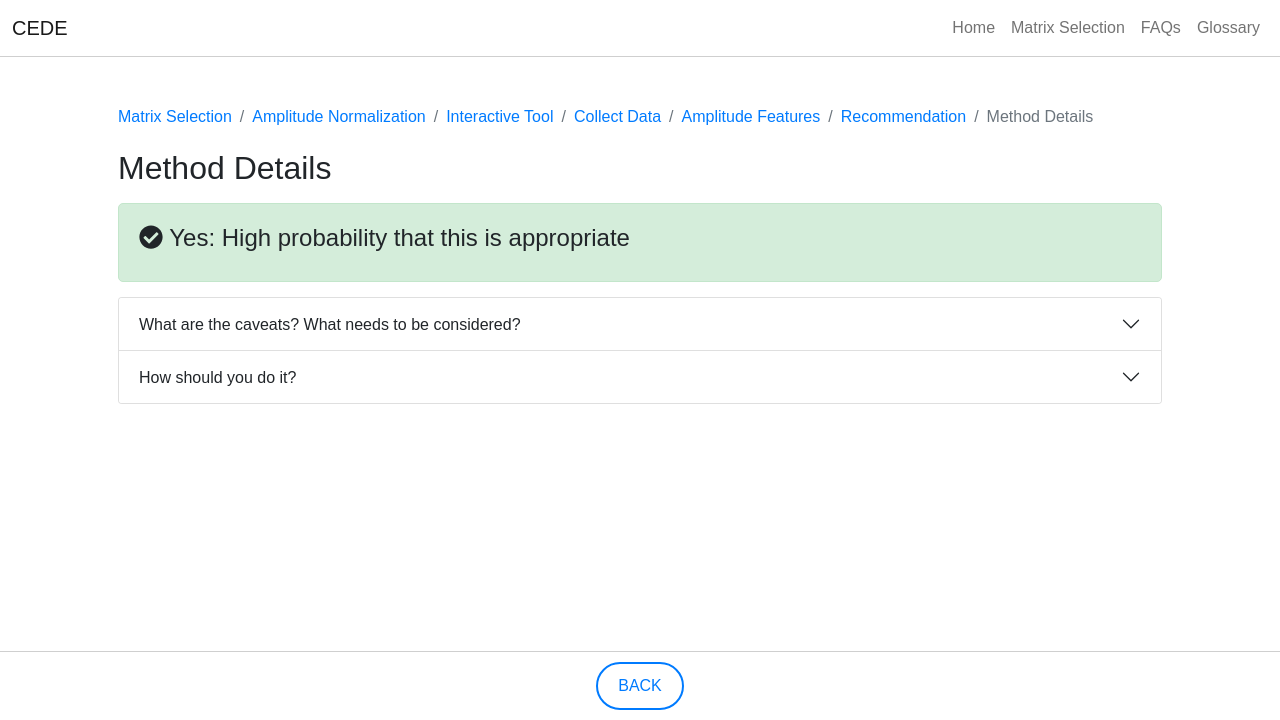
Repository: devashrisamani/CEDE-Website
Page: website/method.html
These files come from the project's save history. The page is drawn as it stood at one moment and after the next save; the edit follows.
The browser window is 1280 px wide. The pictures show the whole page.
Some web libraries are served in a nearby version.

Above is the page before, as saved 2024-09-11 13:37:20.

After the next save:
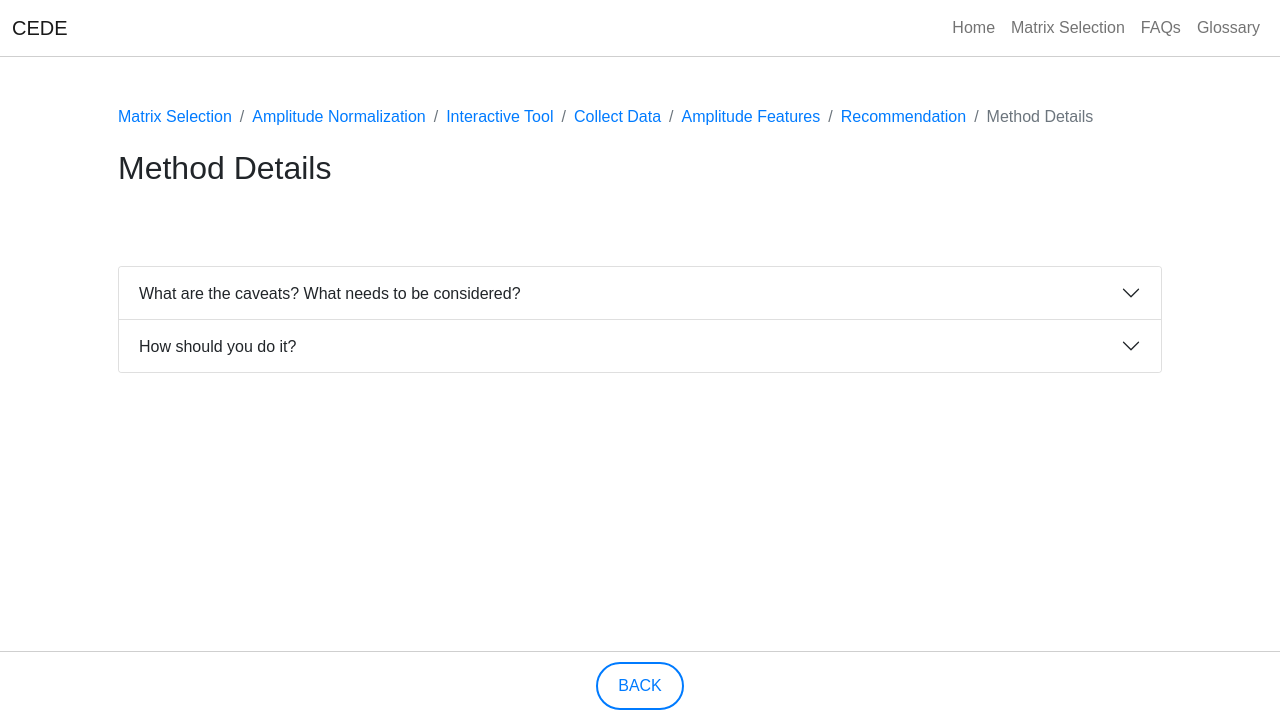
Saved 8 min 30 s later.
--- a/website/method.html
+++ b/website/method.html
@@ -31,6 +31,16 @@
       .high-probability {
         background-color: #d4edda;
         border: 1px solid #c3e6cb;
+      }
+
+      .caution {
+        background-color: #fff3cd;
+        border: 1px solid #ffeeba;
+      }
+
+      .low-probability {
+        background-color: #f8d7da;
+        border: 1px solid #f5c6cb;
       }
 
       .btn-container-wrapper {
@@ -142,10 +152,9 @@
           <!-- Dynamic Title will be inserted here -->
         </p>
 
-        <div class="recommendation-section high-probability">
-          <h4>
-            <i class="fa fa-check-circle" aria-hidden="true"></i> Yes: High
-            probability that this is appropriate
+        <div id="recommendation-section" class="recommendation-section">
+          <h4 id="recommendation-heading">
+            <!-- Recommendation title will be inserted here -->
           </h4>
           <div id="why-good-choice">
             <!-- Dynamic content for 'Why is this method a good choice?' will be inserted here -->
@@ -213,41 +222,67 @@
         </div>
       </div>
     </div>
+
     <script>
-      // Script to dynamically load method details on the methods.html page
-
       document.addEventListener("DOMContentLoaded", function () {
         const selectedMethod = JSON.parse(
           localStorage.getItem("selectedMethod")
         );
 
         if (selectedMethod) {
-          // Dynamically insert the method details
+          // Dynamically insert the method title
           document.getElementById("method-title").innerText =
             selectedMethod.title;
 
+          // Update the recommendation section based on the probability type
+          let recommendationClass = "high-probability"; // default class
+          let recommendationText =
+            "Yes: High probability that this is appropriate";
+
+          if (selectedMethod.probability === "caution") {
+            recommendationClass = "caution";
+            recommendationText =
+              "Caution: Might be appropriate, considering specific issues";
+          } else if (selectedMethod.probability === "low") {
+            recommendationClass = "low-probability";
+            recommendationText =
+              "No: High probability that this is inappropriate";
+          }
+
+          // Set the recommendation class and heading
+          const recommendationSection = document.getElementById(
+            "recommendation-section"
+          );
+          recommendationSection.classList.add(recommendationClass);
+          document.getElementById("recommendation-heading").innerText =
+            recommendationText;
+
           // Insert the 'Why is this method a good choice?' content
           document.getElementById("why-good-choice").innerHTML = `
-      <ul>
-        ${selectedMethod.whyGoodChoice
-          .map((item) => `<li>${item}</li>`)
-          .join("")}
-      </ul>
-    `;
+            <ul>
+              ${selectedMethod.whyGoodChoice
+                .map((item) => `<li>${item}</li>`)
+                .join("")}
+            </ul>
+          `;
 
           // Insert the 'What are the caveats?' content
           document.getElementById("what-caveats").innerHTML = `
-      <ul>
-        ${selectedMethod.caveats.map((item) => `<li>${item}</li>`).join("")}
-      </ul>
-    `;
+            <ul>
+              ${selectedMethod.caveats
+                .map((item) => `<li>${item}</li>`)
+                .join("")}
+            </ul>
+          `;
 
           // Insert the 'How should you do it?' content
           document.getElementById("how-do-it").innerHTML = `
-      <ul>
-        ${selectedMethod.howToDoIt.map((item) => `<li>${item}</li>`).join("")}
-      </ul>
-    `;
+            <ul>
+              ${selectedMethod.howToDoIt
+                .map((item) => `<li>${item}</li>`)
+                .join("")}
+            </ul>
+          `;
         }
       });
     </script>
